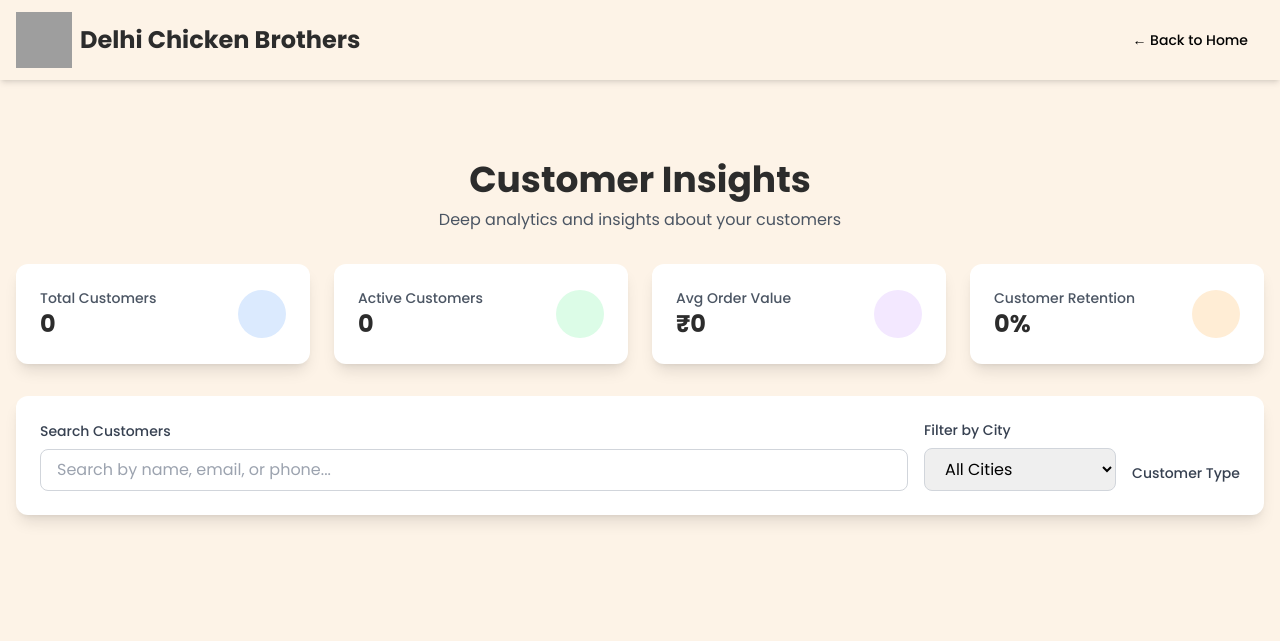
Repository: roydigital/dcb_pos_final
Page: customers.html
The author's editor kept a copy of each file at every save. The page is drawn from the files as they stood at one save, then again after a run of saves.
The browser window is 1280 px wide. The pictures show the whole page.
Pictures or frames that could not be fetched are drawn as grey boxes. Some web libraries are served in a nearby version.

Above is the page before, as saved 2025-10-13 16:49:54.

### customers.html
<!DOCTYPE html>
<html lang="en">
<head>
    <meta charset="UTF-8">
    <meta name="viewport" content="width=device-width, initial-scale=1.0">
    <title>Customer Insights - Delhi Chicken Brothers</title>
    <script src="https://cdn.tailwindcss.com"></script>
    <link rel="preconnect" href="https://fonts.googleapis.com">
    <link rel="preconnect" href="https://fonts.gstatic.com" crossorigin>
    <link href="https://fonts.googleapis.com/css2?family=Poppins:wght@400;500;600;700&family=Roboto:wght@400;500;700&display=swap" rel="stylesheet">
    <script src="https://unpkg.com/lucide@latest"></script>
    <script src="https://cdn.jsdelivr.net/npm/chart.js"></script>
    <style>
        body {
            font-family: 'Poppins', 'Roboto', sans-serif;
            background-color: #FDF3E7;
        }
        :root {
            --brand-red: #D12727;
            --brand-dark: #2C2C2C;
            --brand-cream: #FDF3E7;
            --brand-light-cream: #FFFBF5;
        }
        .bg-brand-red { background-color: var(--brand-red); }
        .text-brand-red { color: var(--brand-red); }
        .border-brand-red { border-color: var(--brand-red); }
        .bg-brand-dark { background-color: var(--brand-dark); }
        .text-brand-dark { color: var(--brand-dark); }
        .bg-brand-cream { background-color: var(--brand-cream); }
        .text-brand-cream { color: var(--brand-cream); }
        .bg-brand-light-cream { background-color: var(--brand-light-cream); }

        /* Custom scrollbar */
        ::-webkit-scrollbar {
            width: 8px;
        }
        ::-webkit-scrollbar-track {
            background: var(--brand-cream);
        }
        ::-webkit-scrollbar-thumb {
            background: var(--brand-red);
            border-radius: 10px;
        }
        ::-webkit-scrollbar-thumb:hover {
            background: #a81f1f;
        }

        .customer-card {
            transition: all 0.3s ease;
        }
        .customer-card:hover {
            transform: translateY(-2px);
            box-shadow: 0 10px 25px -5px rgba(0, 0, 0, 0.1);
        }

        .fade-in {
            animation: fadeIn 0.5s ease-in;
        }

        @keyframes fadeIn {
            from { opacity: 0; transform: translateY(10px); }
            to { opacity: 1; transform: translateY(0); }
        }

        .loading {
            opacity: 0.6;
            pointer-events: none;
        }

        /* Badge styles */
        .badge-new { background-color: #10B981; color: white; }
        .badge-returning { background-color: #3B82F6; color: white; }
        .badge-frequent { background-color: #8B5CF6; color: white; }
        .badge-high-value { background-color: #F59E0B; color: white; }
        .badge-inactive { background-color: #6B7280; color: white; }

        /* Drawer animations */
        .drawer-enter {
            transform: translateX(100%);
        }
        .drawer-enter-active {
            transform: translateX(0);
            transition: transform 0.3s ease-out;
        }
        .drawer-exit {
            transform: translateX(0);
        }
        .drawer-exit-active {
            transform: translateX(100%);
            transition: transform 0.3s ease-in;
        }
    </style>
</head>
<body class="min-h-screen flex flex-col">
    <!-- Header -->
    <header class="bg-brand-cream sticky top-0 z-40 shadow-md" style="background-color: #FDF3E7 !important;">
        <div class="container mx-auto px-4 py-3 flex justify-between items-center">
            <a href="index.html" class="flex items-center gap-2">
                <img src="https://dcbchicken.com/images/logo.png" alt="Delhi Chicken Brothers Logo" class="h-12 w-12 md:h-14 md:w-14">
                <span class="text-xl md:text-2xl font-bold text-brand-dark hidden sm:block">Delhi Chicken Brothers</span>
            </a>
            <div class="flex items-center gap-4">
                <a href="index.html" class="text-sm font-medium hover:text-brand-red transition-colors">← Back to Home</a>
                <div id="auth-container"></div>
            </div>
        </div>
    </header>

    <!-- Main Content -->
    <main class="container mx-auto px-4 pt-20 pb-8 flex-grow">
        <!-- Page Header -->
        <div class="text-center mb-8">
            <h1 class="text-3xl md:text-4xl font-bold text-brand-dark mb-2">Customer Insights</h1>
            <p class="text-gray-600">Deep analytics and insights about your customers</p>
        </div>

        <!-- Quick Stats Cards -->
        <div class="grid grid-cols-1 md:grid-cols-2 lg:grid-cols-4 gap-6 mb-8">
            <div class="bg-white rounded-xl shadow-lg p-6 customer-card">
                <div class="flex items-center justify-between">
                    <div>
                        <p class="text-sm font-medium text-gray-600">Total Customers</p>
                        <p id="total-customers" class="text-2xl font-bold text-brand-dark">0</p>
                    </div>
                    <div class="w-12 h-12 bg-blue-100 rounded-full flex items-center justify-center">
                        <i data-lucide="users" class="h-6 w-6 text-blue-600"></i>
                    </div>
                </div>
            </div>

            <div class="bg-white rounded-xl shadow-lg p-6 customer-card">
                <div class="flex items-center justify-between">
                    <div>
                        <p class="text-sm font-medium text-gray-600">Active Customers</p>
                        <p id="active-customers" class="text-2xl font-bold text-brand-dark">0</p>
                    </div>
                    <div class="w-12 h-12 bg-green-100 rounded-full flex items-center justify-center">
                        <i data-lucide="user-check" class="h-6 w-6 text-green-600"></i>
                    </div>
                </div>
            </div>

            <div class="bg-white rounded-xl shadow-lg p-6 customer-card">
                <div class="flex items-center justify-between">
                    <div>
                        <p class="text-sm font-medium text-gray-600">Avg Order Value</p>
                        <p id="avg-order-value" class="text-2xl font-bold text-brand-dark">₹0</p>
                    </div>
                    <div class="w-12 h-12 bg-purple-100 rounded-full flex items-center justify-center">
                        <i data-lucide="trending-up" class="h-6 w-6 text-purple-600"></i>
                    </div>
                </div>
            </div>

            <div class="bg-white rounded-xl shadow-lg p-6 customer-card">
                <div class="flex items-center justify-between">
                    <div>
                        <p class="text-sm font-medium text-gray-600">Customer Retention</p>
                        <p id="retention-rate" class="text-2xl font-bold text-brand-dark">0%</p>
                    </div>
                    <div class="w-12 h-12 bg-orange-100 rounded-full flex items-center justify-center">
                        <i data-lucide="repeat" class="h-6 w-6 text-orange-600"></i>
                    </div>
                </div>
            </div>
        </div>

        <!-- Filters and Search -->
        <div class="bg-white rounded-xl shadow-lg p-6 mb-8 customer-card">
            <div class="flex flex-wrap gap-4 items-end">
                <div class="flex-1 min-w-[300px]">
                    <label class="block text-sm font-medium text-gray-700 mb-2">Search Customers</label>
                    <input type="text" id="search-input" placeholder="Search by name, email, or phone..."
                        class="w-full px-4 py-2 border border-gray-300 rounded-lg focus:outline-none focus:ring-2 focus:ring-brand-red focus:border-brand-red">
                </div>

                <div>
                    <label class="block text-sm font-medium text-gray-700 mb-2">Filter by City</label>
                    <select id="city-filter" class="w-48 px-4 py-2 border border-gray-300 rounded-lg focus:outline-none focus:ring-2 focus:ring-brand-red focus:border-brand-red">
                        <option value="">All Cities</option>
                    </select>
                </div>

                <div>
                    <label class="block text-sm font-medium text-gray-700 mb-2">Customer Type</label>

After the next 3 saves:
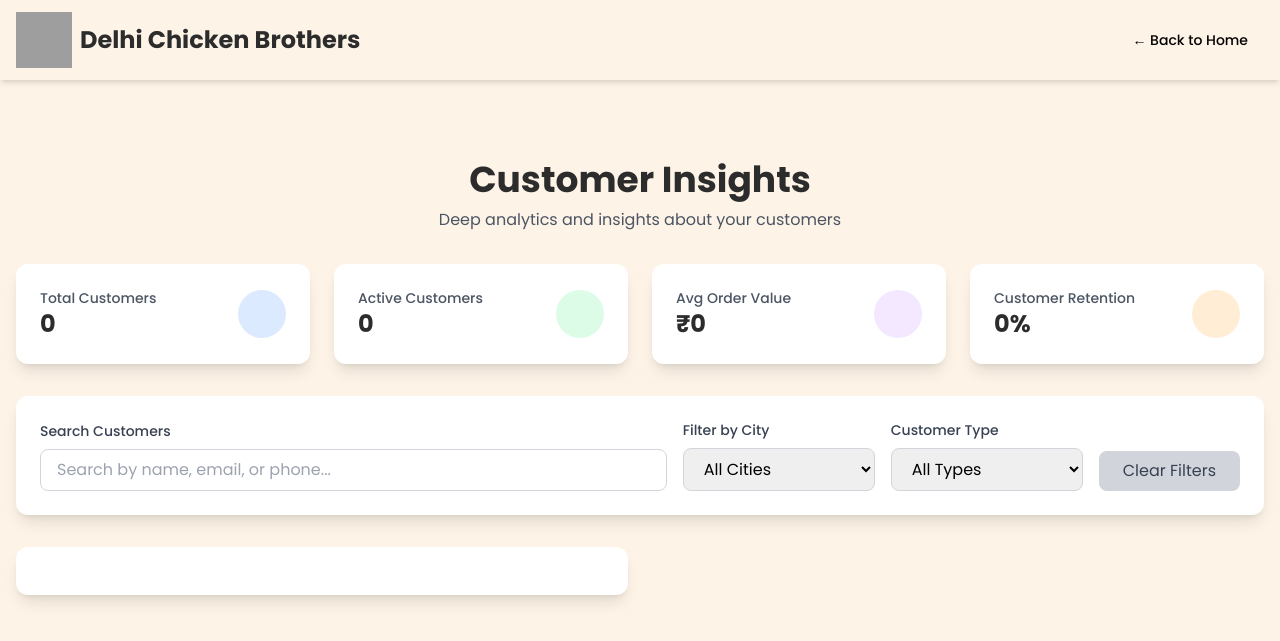
The 3 saves are shown as one change because they came seconds apart.
The last was saved 10 s later.
--- a/customers.html
+++ b/customers.html
@@ -183,3 +183,23 @@
 
                 <div>
                     <label class="block text-sm font-medium text-gray-700 mb-2">Customer Type</label>
+                    <select id="type-filter" class="w-48 px-4 py-2 border border-gray-300 rounded-lg focus:outline-none focus:ring-2 focus:ring-brand-red focus:border-brand-red">
+                        <option value="">All Types</option>
+                        <option value="new">New Customers</option>
+                        <option value="returning">Returning Customers</option>
+                        <option value="frequent">Frequent Customers</option>
+                        <option value="high-value">High-Value Customers</option>
+                        <option value="inactive">Inactive Customers</option>
+                    </select>
+                </div>
+
+                <button id="clear-filters" class="bg-gray-300 text-gray-700 px-6 py-2 rounded-lg hover:bg-gray-400 transition-colors">
+                    Clear Filters
+                </button>
+            </div>
+        </div>
+
+        <!-- Analytics Charts Section -->
+        <div class="grid grid-cols-1 lg:grid-cols-2 gap-6 mb-8">
+            <!-- Top Customers Chart -->
+            <div class="bg-white rounded-xl shadow-lg p-6 customer-card">
